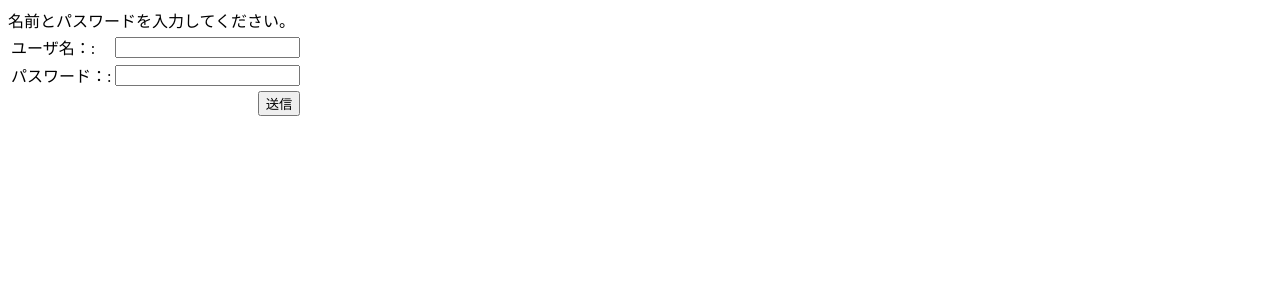
Repository: cha-git/test
Page: http://localhost/WebProj2/welcome.jsp
These files come from the project's save history. The page is drawn as it stood at one moment and after the next save; the edit follows.
The browser window is 1280 px wide. The pictures show the whole page.
The page is served by Tomcat 9.

Above is the page before, as saved 2018-12-14 10:18:49.

After the next save:
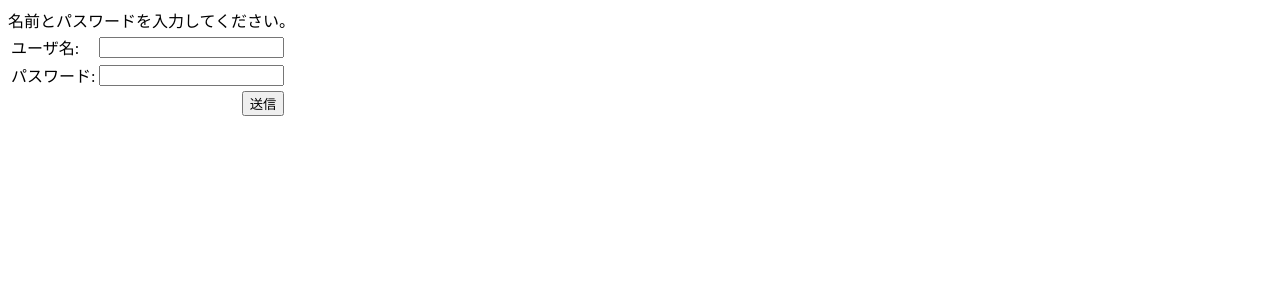
Saved 44 s later.
--- a/WebProj2/WebContent/welcome.jsp
+++ b/WebProj2/WebContent/welcome.jsp
@@ -10,8 +10,8 @@
 <body>
 名前とパスワードを入力してください。
 <s:form method="post" action="LoginAction">
-	<s:textfield name="username" label="ユーザ名："/>
-	<s:password name="password" label="パスワード："/>
+	<s:textfield name="username" label="ユーザ名"/>
+	<s:password name="password" label="パスワード"/>
 	<s:submit value="送信"/>
 </s:form>
 </body>
